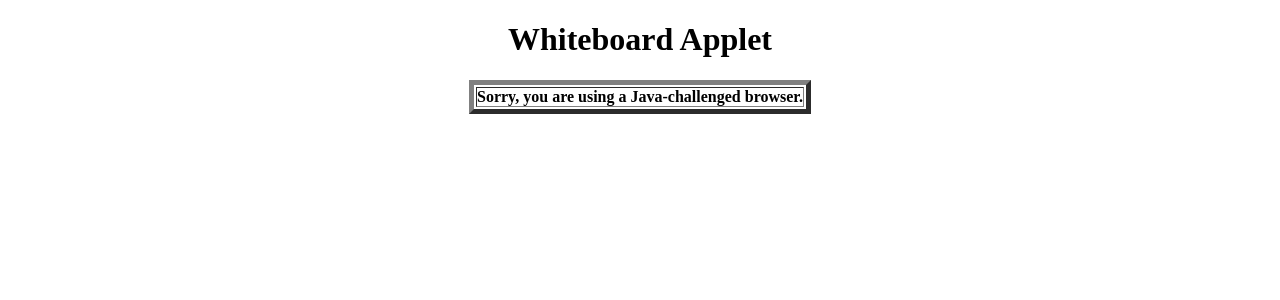
Repository: EnjoyWorkTrue/Spring2014
Page: CMP342/Assignment2/project1/index.html
These files come from the project's save history. The page is drawn as it stood at one moment and after the next save; the edit follows.
The browser window is 1280 px wide. The pictures show the whole page.

Above is the page before, as saved 2014-02-25 01:52:16.

After the next save:
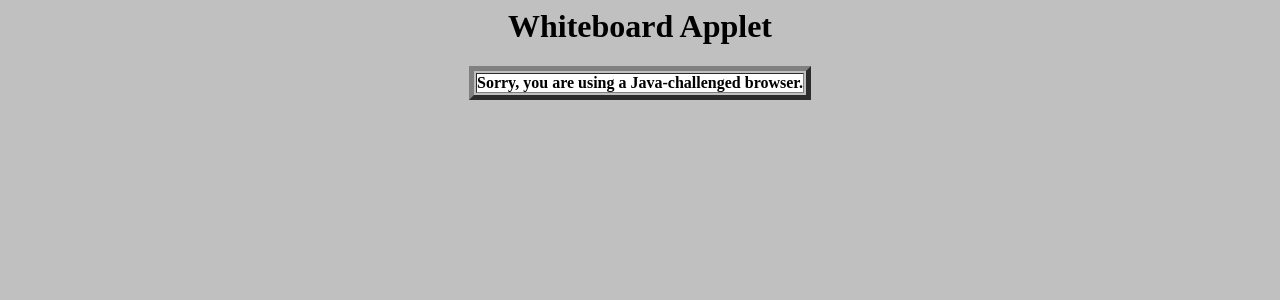
Saved 10 min 2 s later.
--- a/CMP342/Assignment2/project1/index.html
+++ b/CMP342/Assignment2/project1/index.html
@@ -1,14 +1,15 @@
-<!DOCTYPE html>
+<!DOCTYPE HTML PUBLIC "-//W3C//DTD HTML 4.0 Transitional//EN">
 <html>
 <head>
   <title>Whiteboard Applet</title>
 </head>
+<body bgcolor="#C0C0C0">
 <div align="center">
 <h1>Whiteboard Applet</h1>
 <table border="5" cellpadding="0">
   <tr><td bgcolor="white">
 
-      <applet  code="Drwing.class" width="500" height="300">
+      <applet codebase="C:/Users/joseph/Documents/GitHub/Spring2014/CMP342/Assignment2/project1/" code="Drwing.class" width="500" height="300">
         <b>Sorry, you are using a Java-challenged browser.</b>
       </applet>
   </td></tr>
